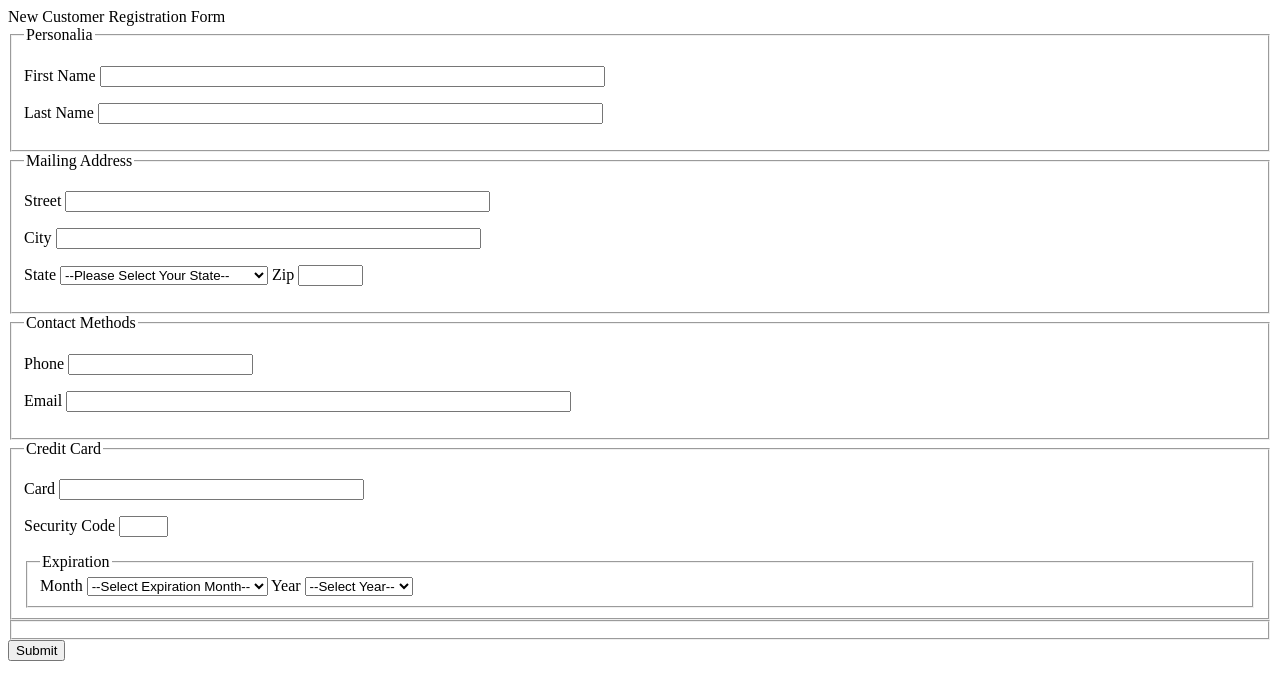
Repository: banjilawal/htdocs
Page: http://localhost/controls/new_customer-form.php
The author's editor kept a copy of each file at every save. The page is drawn from the files as they stood at one save, then again after the next save.
The browser window is 1280 px wide. The pictures show the whole page.
The page is run by PHP 8.4 with error messages shown; the project is at /var/www/html/.

Above is the page before, as saved 2022-03-26 23:57:34.

After the next save:
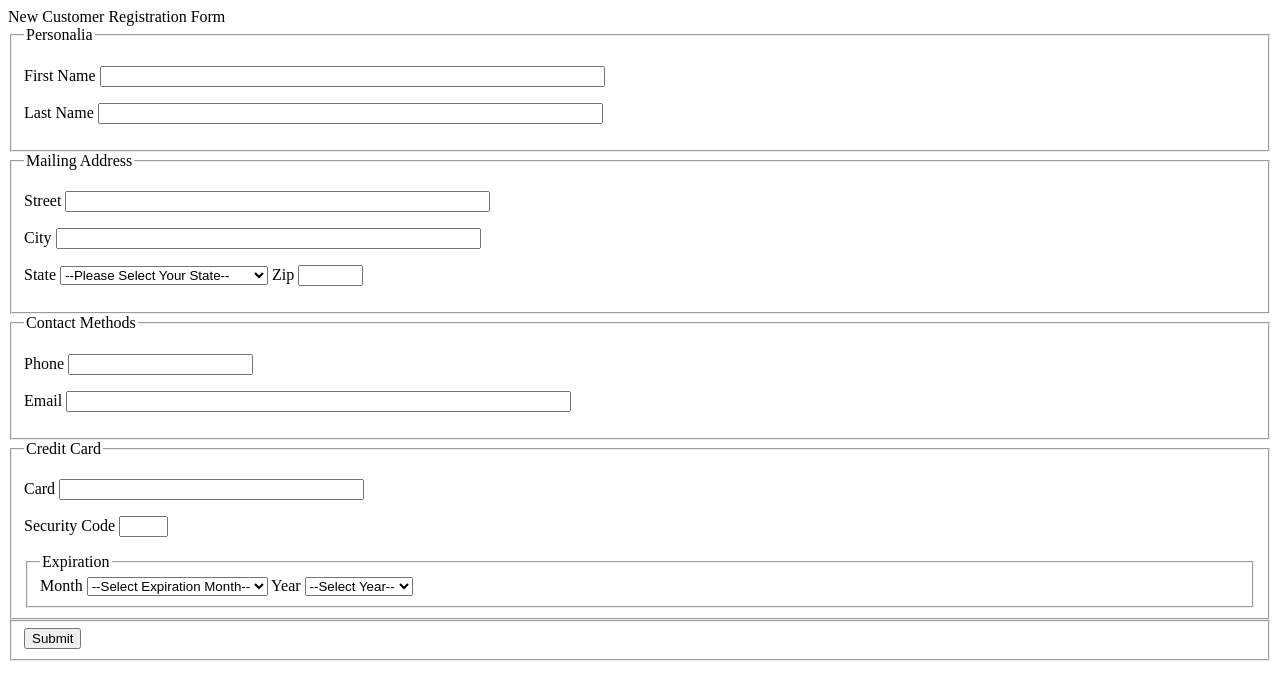
Saved 6 s later.
--- a/shop-0.01/controls/new_customer-form.php
+++ b/shop-0.01/controls/new_customer-form.php
@@ -177,7 +177,7 @@
             </fieldset>
         </fieldset>
 
-        <fieldset>
+        <fieldset><l
 
         </fieldset>
 
